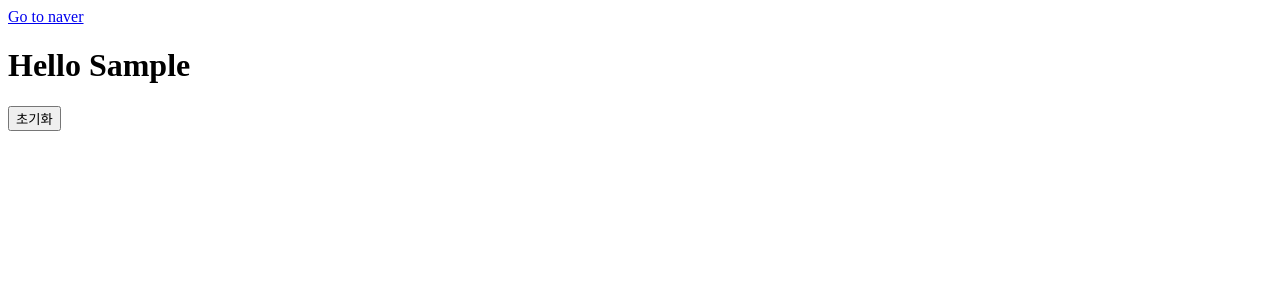
Repository: jun01270/F-E-practice
Page: index.html
These files come from the project's save history. The page is drawn as it stood at one moment and after a run of saves; the edit follows.
The browser window is 1280 px wide. The pictures show the whole page.
Empty fields were first filled with sample values (such as "Sample", 5 or name@example.com).
After loading, the first visible `#userName-form` was submitted once.

Above is the page before, as saved 2022-12-22 17:15:10.

After the next 2 saves:
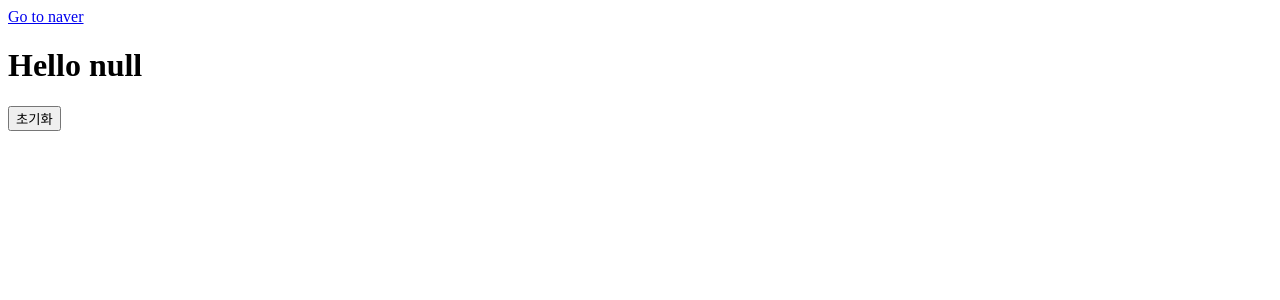
The 2 saves are shown as one change because they came seconds apart.
The last was saved 17 min 58 s later.
--- a/js/greeting.js
+++ b/js/greeting.js
@@ -11,11 +11,12 @@
   loginForm.classList.add(HIDDEN_CLASSNAME);
   const userName1 = userName.value;
   localStorage.setItem("username", userName1);
-  paintUserName(userName1);
+  paintUserName();
 }
 
-function paintUserName(userName) {
-  firstH1.innerText = `Hello ${userName}`;
+function paintUserName() {
+  const userName1 = SavedUserName;
+  firstH1.innerText = `Hello ${userName1}`;
   firstH1.classList.remove(HIDDEN_CLASSNAME);
 }
 
@@ -23,7 +24,7 @@
   loginForm.classList.remove(HIDDEN_CLASSNAME);
   loginForm.addEventListener("submit", loginResult);
 } else {
-  paintUserName(SavedUserName);
+  paintUserName();
 }
 
 console.log(toStart.className);

After the 3 saves that followed:
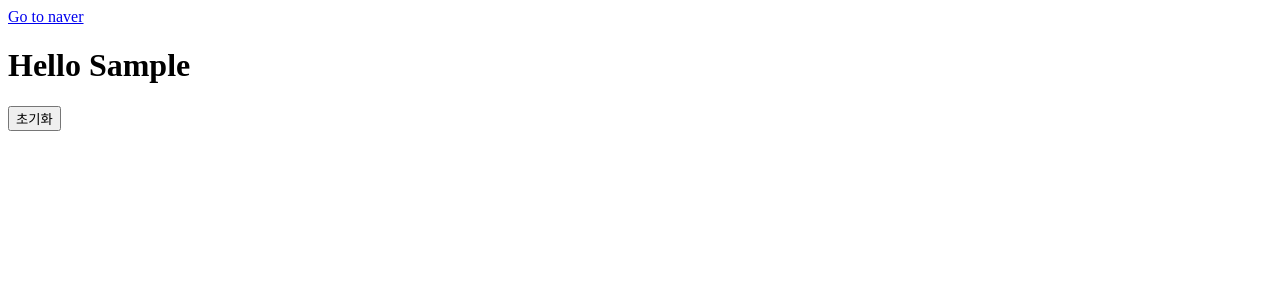
The 3 saves are shown as one change because 2 left the picture as it was.
The last was saved 2 min 54 s later.
--- a/js/greeting.js
+++ b/js/greeting.js
@@ -15,7 +15,7 @@
 }
 
 function paintUserName() {
-  const userName1 = SavedUserName;
+  const userName1 = localStorage.getItem("username");
   firstH1.innerText = `Hello ${userName1}`;
   firstH1.classList.remove(HIDDEN_CLASSNAME);
 }
@@ -27,4 +27,10 @@
   paintUserName();
 }
 
+function deleteUserName() {
+  localStorage.removeItem("username");
+  location.reload;
+}
+
+toStart.addEventListener("click", deleteUserName);
 console.log(toStart.className);
